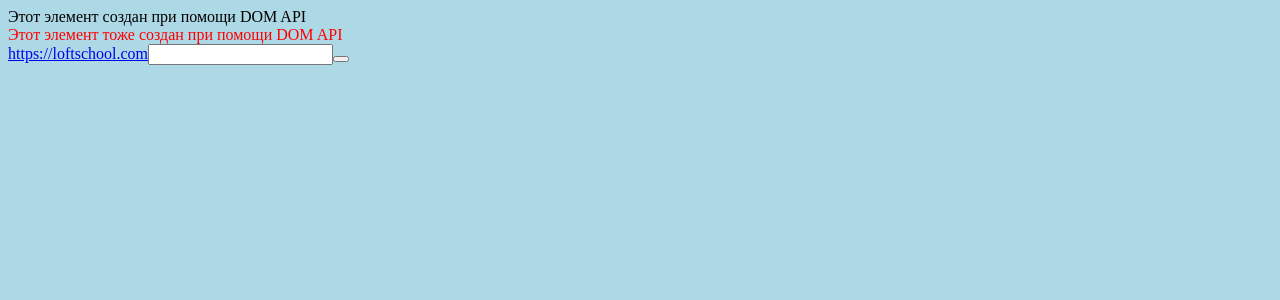
Repository: JohnnyBravo85/LoftSchool-CHOCCO
Page: task1.html
The author's editor kept a copy of each file at every save. The page is drawn from the files as they stood at one save, then again after the next save.
The browser window is 1280 px wide. The pictures show the whole page.

Above is the page before, as saved 2019-05-23 18:01:19.

After the next save:
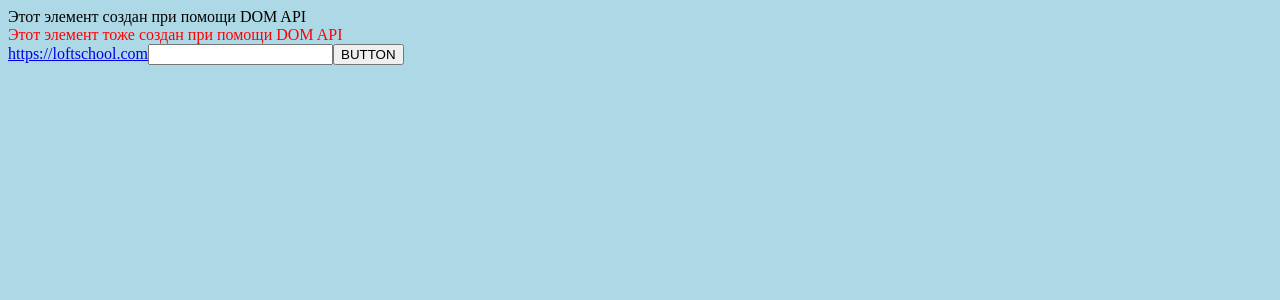
Saved 44 s later.
--- a/js/task2.js
+++ b/js/task2.js
@@ -31,5 +31,6 @@ elementDiv2.addEventListener('click', function() {
 
   const elementInput = document.createElement('input');
   const elementButton = document.createElement('button');
+  elementButton.textContent = 'BUTTON';
   document.body.appendChild(elementInput);
   document.body.appendChild(elementButton);
